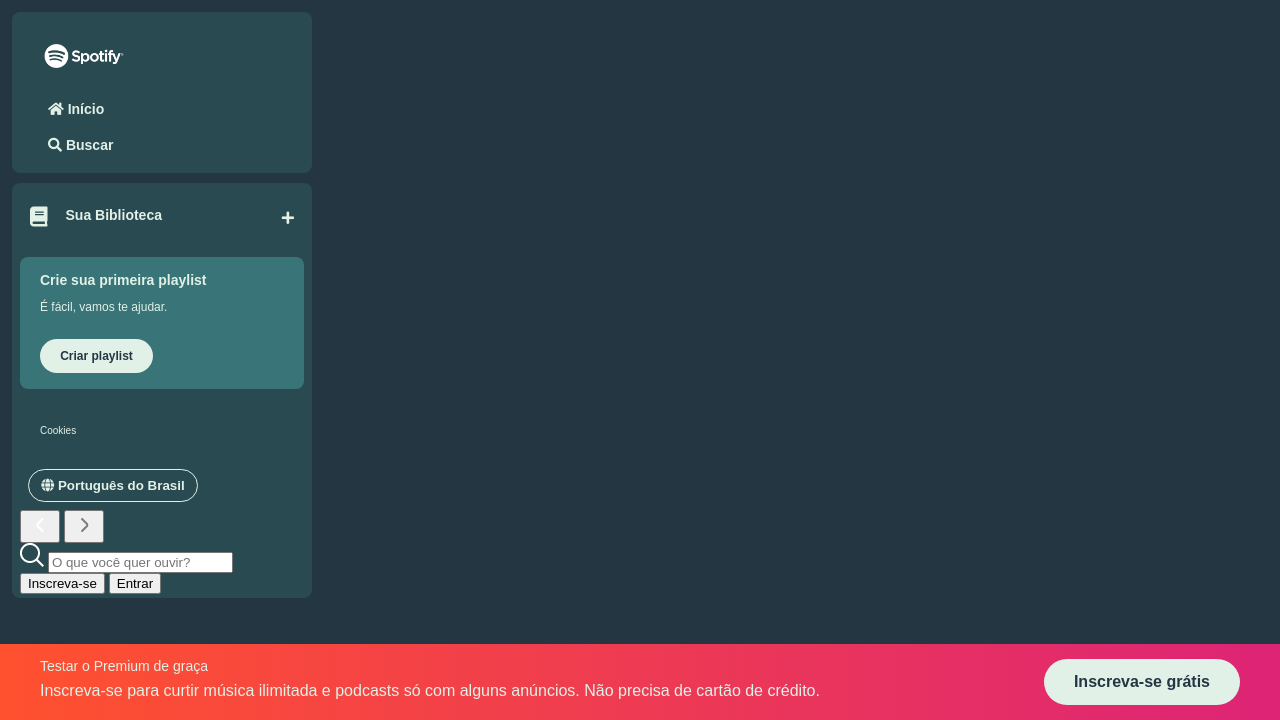
Repository: rafaazevedo-gs/Imers-o-Alura-Front-end
Page: index.html
An editor plug-in stored every save of this project. The page is shown before and after the next save, followed by the edit.
The browser window is 1280 px wide. The pictures show the whole page.

Above is the page before, as saved 2025-01-30 17:57:03.

After the next save:
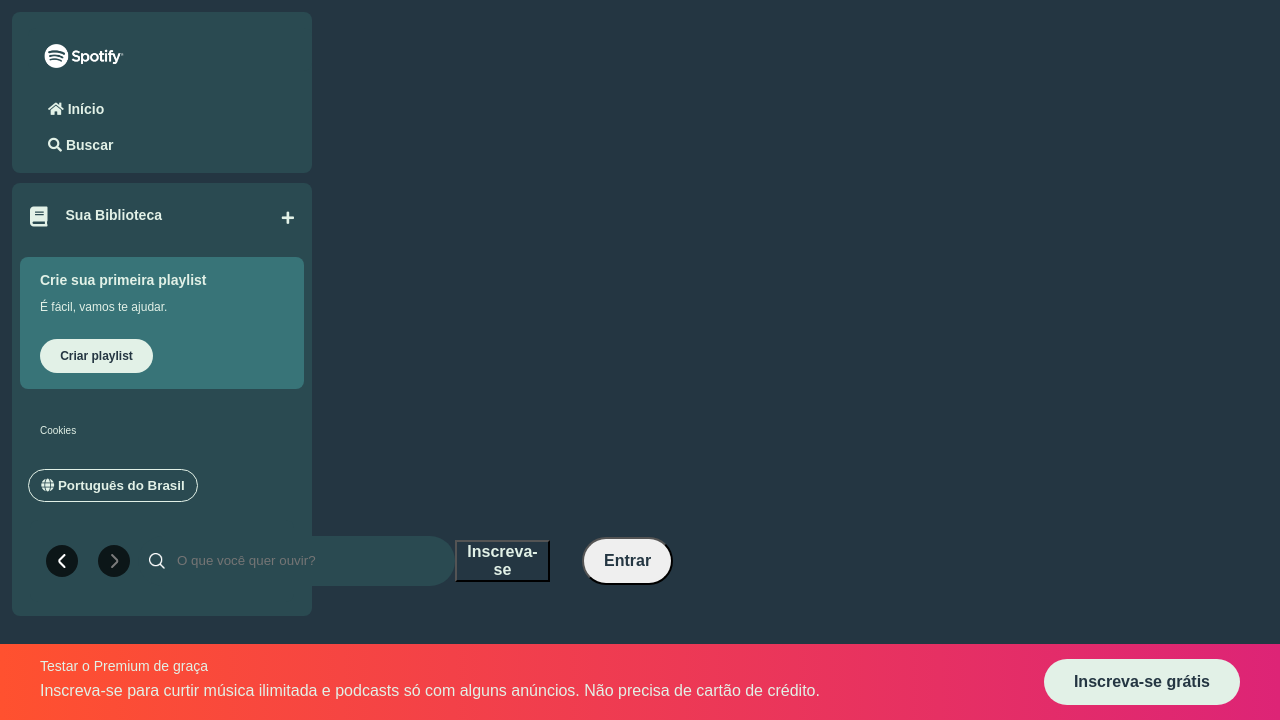
Saved 2 min 37 s later.
--- a/index.html
+++ b/index.html
@@ -7,6 +7,7 @@
     <link rel="stylesheet" href="./src/styles/reset.css">
     <link rel="stylesheet" href="./src/styles/vars.css">
     <link rel="stylesheet" href="./src/styles/styles.css">
+    <link rel="stylesheet" href="./src/styles/main-content.css">
     <link rel="stylesheet" href="https://use.fontawesome.com/releases/v5.15.4/css/solid.css"/>
     <link rel="stylesheet" href="https://use.fontawesome.com/releases/v5.15.4/css/fontawesome.css"/>
     <link rel="shortcut icon" href=".src/icons/favicon.png" type="image/x-icon">
